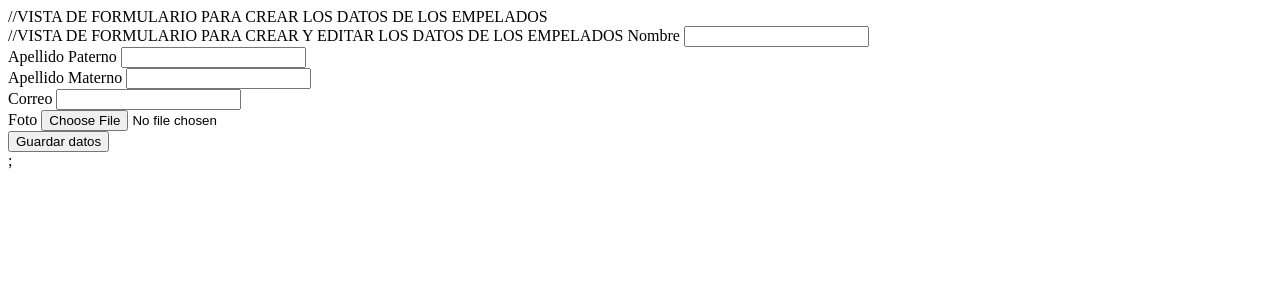
Repository: LionardoGomiz/CRUD-LARAVEL
Page: http://localhost/empleado/create
An editor plug-in stored every save of this project. The page is shown before and after the next save, followed by the edit.
The browser window is 1280 px wide. The pictures show the whole page.
The page is served by the project's Laravel application, run on PHP 8.4 with Laravel 8.

Above is the page before, as saved 2021-08-03 10:38:23.

After the next save:
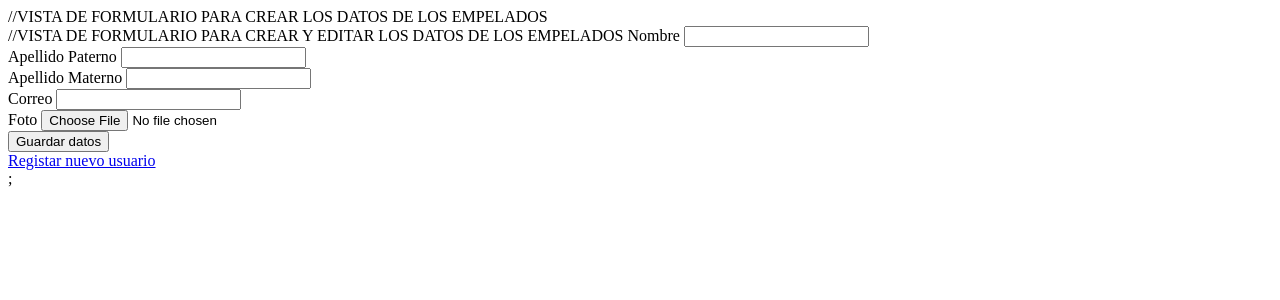
Saved 2 min 26 s later.
--- a/CRUD-Laravel/resources/views/empleado/form.blade.php
+++ b/CRUD-Laravel/resources/views/empleado/form.blade.php
@@ -20,3 +20,5 @@
     <label for=""></label>
 <input type="submit"  value="Guardar datos">
 <br>
+<a href="{{url('empleado/create')}}">Registar nuevo usuario</a>
+<br>
